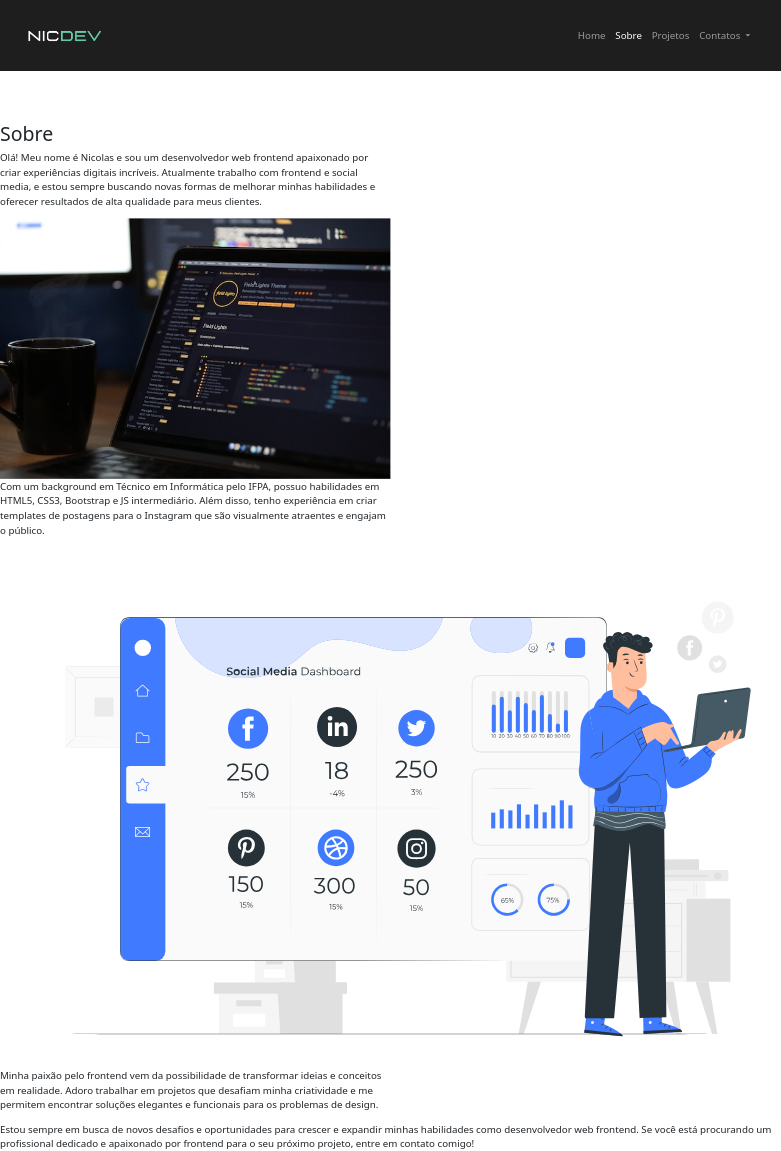
Repository: Leonngc/nicdev
Page: about.html
An editor plug-in stored every save of this project. The page is shown before and after a run of saves, followed by the edit.
The browser window is 1280 px wide. The pictures show the whole page, at 61% of full size.

Above is the page before, as saved 2023-04-15 17:37:23.

After the next 4 saves:
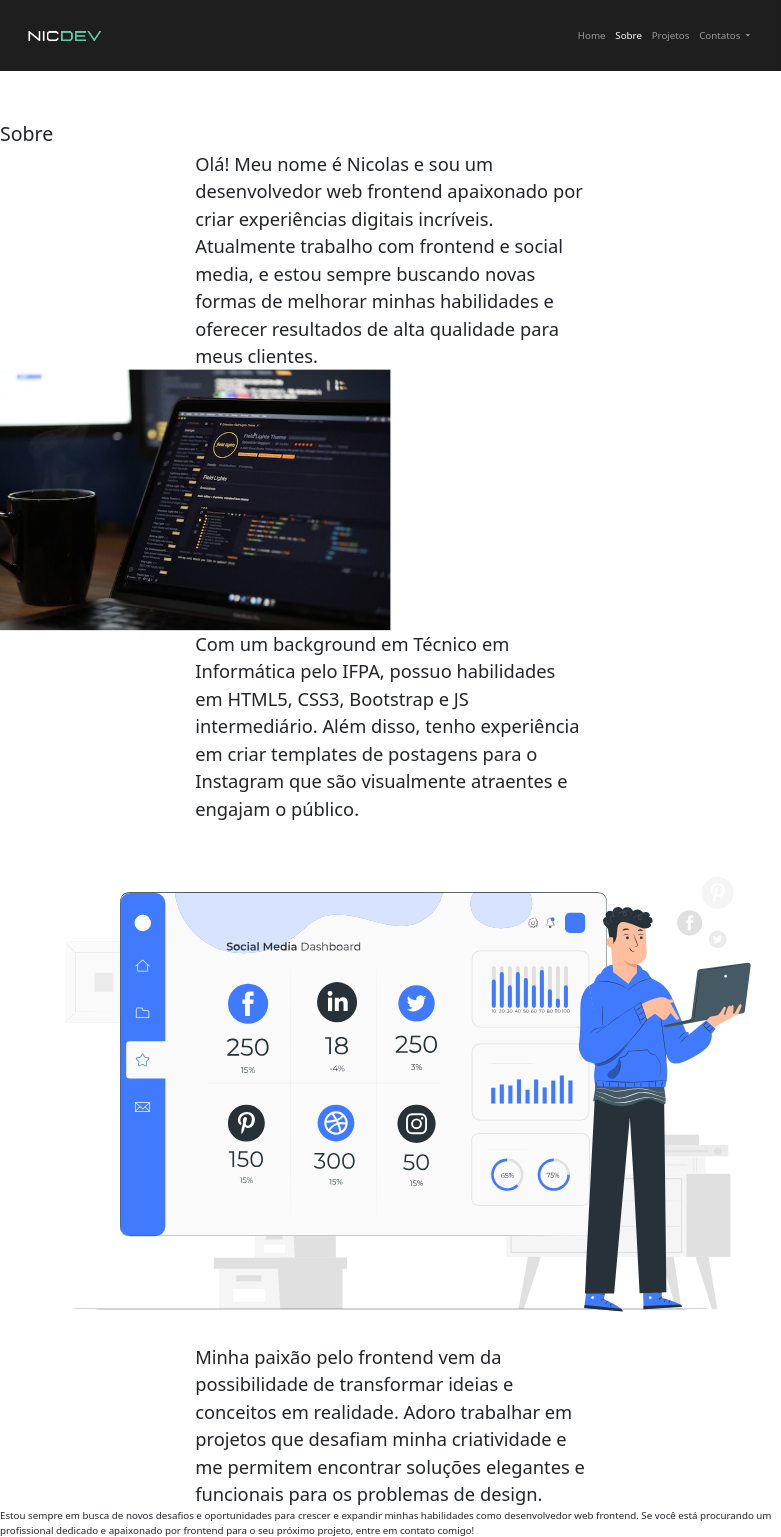
The 4 saves are shown as one change because they came seconds apart.
The last was saved 17 s later.
--- a/styles/about.css
+++ b/styles/about.css
@@ -24,4 +24,6 @@ body{
 
 p{
     width: 50vw;
+    margin: auto;
+    font-size: 30px;
 }
